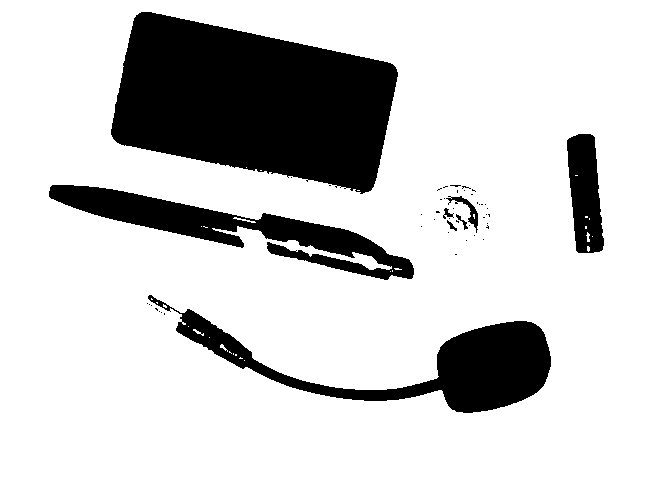
Repository: kaiofbgarcia/OpenCV
Script's output: python newCoin.py
The author's editor kept a copy of each file at every save. The script's output is drawn from the files as they stood at one save, then again after the next save.
Random numbers start from a fixed seed. It also reads img/img1.jpg.

Above is the script's output before, as saved 2022-06-28 19:17:03.

After the next save:
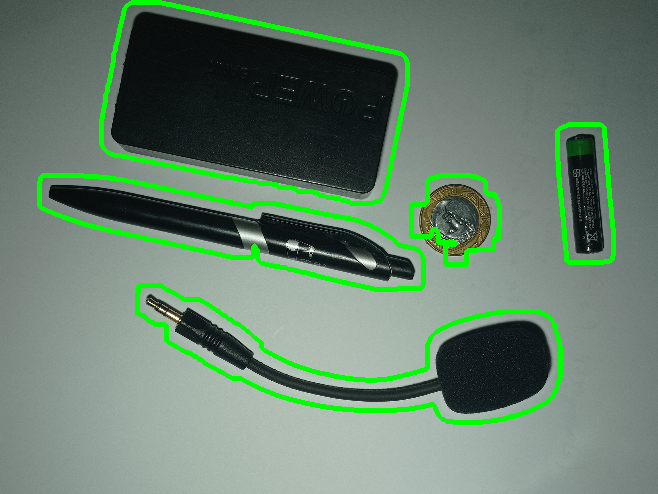
Saved 9 s later.
--- a/newCoin.py
+++ b/newCoin.py
@@ -21,7 +21,7 @@
 
 print("Numero de Objetos Encontrados: ",cont)
 
-cv2.imshow("Dilatation", binary)
+cv2.imshow("Dilatation", res)
 
 
 cv2.waitKey(0)
